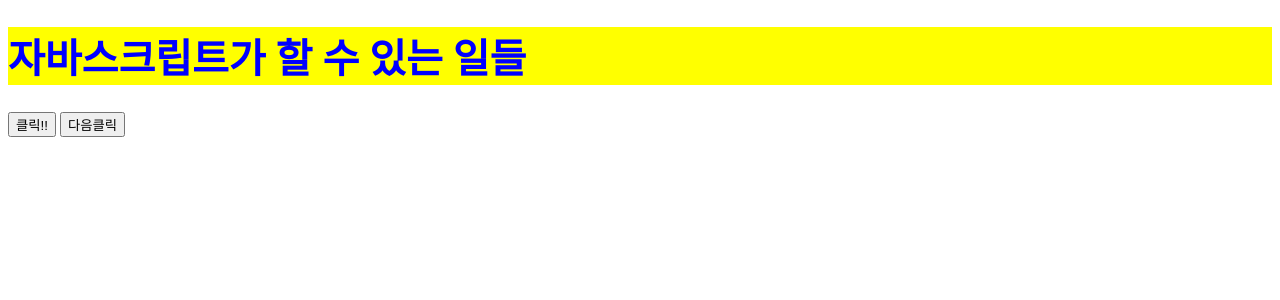
Repository: XenosJM/WEB_CODES
Page: Web03_JavaScript/src/main/webapp/02_intro.html
An editor plug-in stored every save of this project. The page is shown before and after the next save, followed by the edit.
The browser window is 1280 px wide. The pictures show the whole page.
After loading, the first visible `button[onclick="changeCSS2()"]` was clicked once.

Above is the page before, as saved 2024-03-20 02:37:23.

### Web03_JavaScript/src/main/webapp/02_intro.html
<!DOCTYPE html>
<html>
<head>
<meta charset="UTF-8">
<title>Intro</title>
</head>
<body>
	<!--
	* HTML에서 자바스크립트의 역할
	1. HTML 요소(element)의 내용(content)을 변경
	2. HTML 요소(element)의 속성(attribute)을 변경
	3. HTML 요소(element)의 스타일(css)을 변경
	4. 입력 약식(form)의 데이터 체크

	* 자바와 자바스크립트의 차이점
	- 자바스크립트는 변수 타입이 없음
	- 자바스크립트에서 if문을 사용할 때 true/false를 처리하는 방법:
		0, null, undefined ==> false로 처리
		그 외 나머지(값이 있으면) ==> true로 처리

	 -->
	<!--  HTML 페이지 부분 -->
	<h1 id="title">자바스크립트가 할 수 있는 일들</h1>
	<button onclick="changeCSS()">클릭!!</button>
	<button onclick="changeCSS2()">다음클릭</button>
	<!--  버튼을 클릭하면 changeCSS() 함수를 호출 -->

	<!--  자바스크립트 부분 -->
	<script type="text/javascript">
		function changeCSS() {
			console.log('changeCSS() 호출');

			var title = document.getElementById('title');
			// document : 현재 HTML 문서의 정보를 갖고 있는 객체
			// getElementById : id 속성 값으로 요소 찾기

			title.style.backgroundColor = 'cyan';
			title.style.fontSize = '300%';
			title.style.color = 'red';

		}
		function changeCSS2() {
			console.log('changeCSS2() 호출');

			var title = document.getElementById('title');
			title.style.backgroundColor = 'yellow';
			title.style.fontSize = '250%';
			title.style.color = 'blue';
		}



	</script>


</body>
</html>

After the next save:
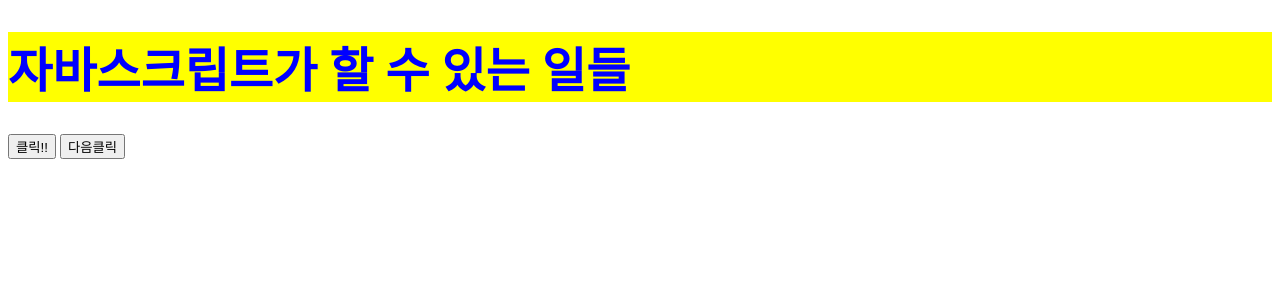
Saved 29 s later.
--- a/Web03_JavaScript/src/main/webapp/02_intro.html
+++ b/Web03_JavaScript/src/main/webapp/02_intro.html
@@ -44,7 +44,7 @@
 
 			var title = document.getElementById('title');
 			title.style.backgroundColor = 'yellow';
-			title.style.fontSize = '250%';
+			title.style.fontSize = '300%';
 			title.style.color = 'blue';
 		}
 
